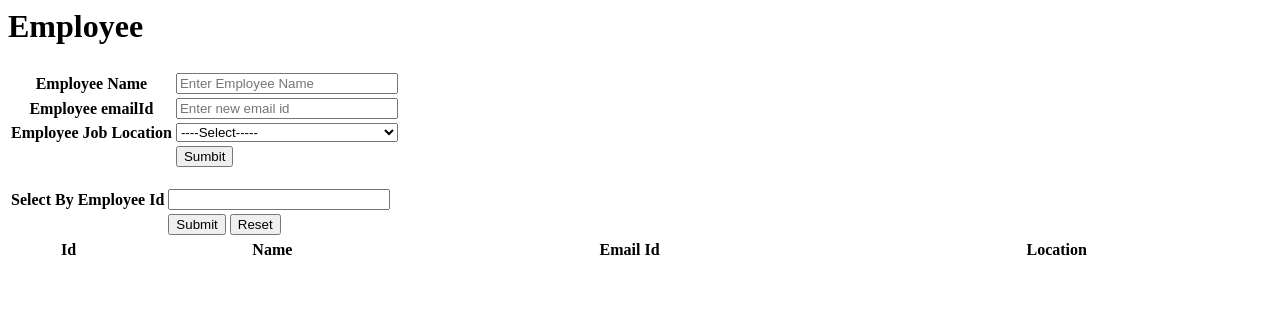
Repository: Dipak27/Dipak-s-front-end
Page: http://localhost/Traning_Management/employeecreate.jsp
The author's editor kept a copy of each file at every save. The page is drawn from the files as they stood at one save, then again after the next save.
The browser window is 1280 px wide. The pictures show the whole page.
The page is served by Tomcat 9. Other server files are loaded and not shown.

Above is the page before, as saved 2016-11-10 06:14:13.

### Training Management Project/Traning_Management/src/main/webapp/employeecreate.jsp
	<!-- CONTENTS START -->

		<div class="container_24" ng-controller="EmployeeController as emp">
			<div class="grid_24">

				<div class="contents">

					<div class="padding_20">
						<h1>Employee</h1>
					</div>
						<div class="grid_6 alpha">

								<div class="padding_20 text-justify">
									<form ng-submit="submit()" name="empfrm">
									<table class="form-table" style="width:auto">


                        					<tr>
                        						<td><input type="hidden" ng-model="emp.employee.emp_id"></td>
                        					</tr>
                        					<tr>
												<th>
														Employee Name
												</th>
												<td>
													<input id="employeename" type="text"  class="validate[required]" ng-model="emp.employee.emp_name" style="width:120%" placeholder="Enter Employee Name" value=""  />
												</td>

											</tr>

												<tr>
												<th>
														Employee emailId
												</th>
												<td>
													<input id="employeeemail" type="text"  class="validate[required]" ng-model="emp.employee.emp_email_id" style="width:120%" placeholder="Enter new email id" value=""  />
												</td>

											</tr>

										<tr>
											<th>
												Employee Job Location
											</th>
											<td>
												<select id="select1"  class="validate[required]" ng-model="emp.employee.emp_location" style="width:120%"  >
													<option value="null">----Select-----</option>
                                        			<option value="pune">Pune</option>
                                        			<option value="hyderabad">Hyderabad</option>
                                        			<option value="gandhinagar">Gandinagar</option>

												</select>
											</td>
										</tr>

										<tr>
											<th>
												&nbsp;
											</th>
											<td>
												<input id="Submit1" type="submit" value="Sumbit"  />
											</td>
										</tr>

									</table>
								</form>
							</div>

						</div>

						<div class="grid_28 omega">

							<div class="padding_20 text-justify" ng-controller="">
								<form id="frmMain"  class="frmMain" action="#" method="post">
									<table class="form-table" style="width:auto">

											<tr>
												<th>
													Select By Employee Id
												</th>
												<td><input type="text" class="validate[required]" name="title" style="width:120%" value=""></td>

											</tr>

										<tr>
											<th>
												&nbsp;
											</th>
											<td>
												<input id= "Submit1" type="submit" value="Submit"/>
												<input id="Reset1" type="reset" value="Reset" onclick="this.form.clear();" />
										</td>
										</tr>


												<table border='0' width='100%' class='table11'>
												<tr>
														<th> Id</th>
														<th> Name</th>
														<th>Email Id</th>
														<th>Location</th>


												</tr>


													<tr ng-repeat="u in emp.employees">

														<td></td>
														<td></td>
														<td></td>
														<td></td>



														</tr>

												     </table>


									</table>
								</form>
							</div>

						</div>


					<div class="clear"></div>
				</div>
			</div>
		</div>
		<div class="clear"> </div>

		<!-- CONTENTS END -->

After the next save:
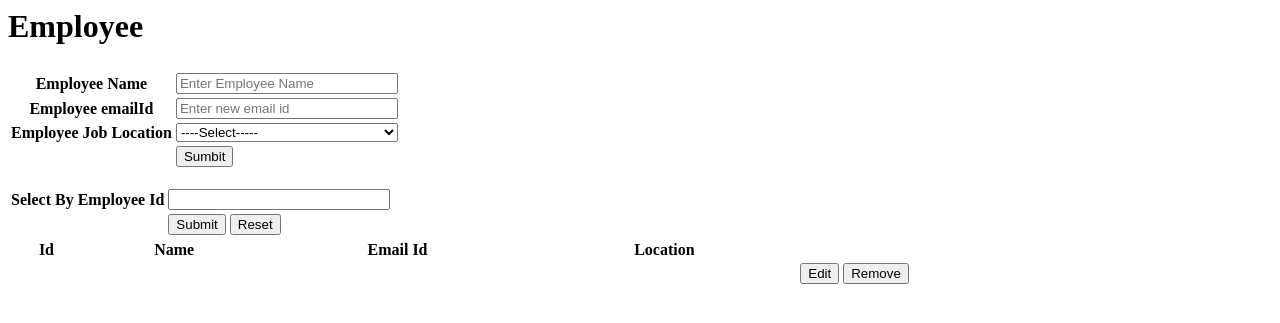
Saved 2 min 54 s later.
--- a/Training Management Project/Traning_Management/src/main/webapp/employeecreate.jsp
+++ b/Training Management Project/Traning_Management/src/main/webapp/employeecreate.jsp
@@ -104,13 +104,16 @@
 												</tr>
 
 
-													<tr ng-repeat="u in emp.employees">
+													<tr ng-repeat="e in emp.employees">
 
-														<td></td>
-														<td></td>
-														<td></td>
-														<td></td>
-
+														<td><span ng-bind="e.emp_id"></span></td>
+							                              <td><span ng-bind="e.emp_name"></span></td>
+							                              <td><span ng-bind="e.emp_email_id"></span></td>
+							                              <td><span ng-bind="e.emp_location"></span></td>
+							                              <td>
+							                              <button type="button" ng-click="emp.edit(e.emp_id)" >Edit</button>
+							                              <button type="button" ng-click="emp.remove(e.emp_id)">Remove</button>
+							                              </td>
 
 
 														</tr>
